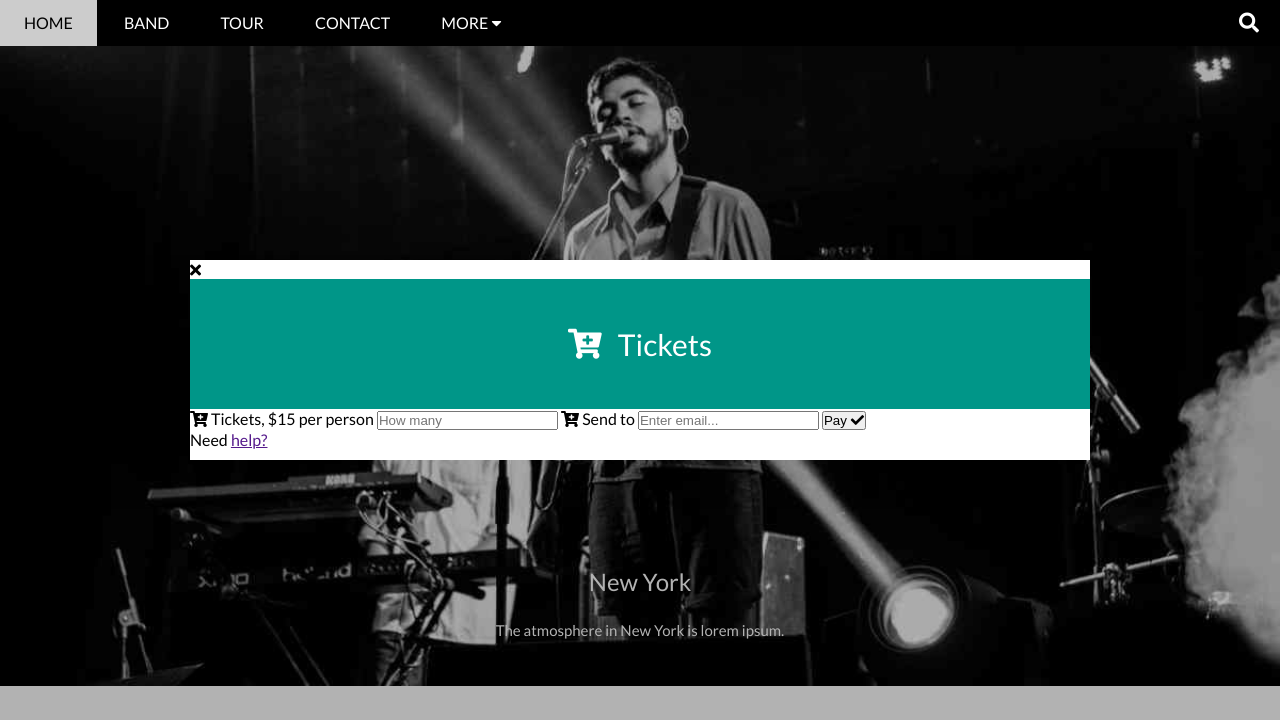
Repository: phunobi1807/theband
Page: index.html
These files come from the project's save history. The page is drawn as it stood at one moment and after the next save; the edit follows.
The browser window is 1280 px wide. The pictures show the window.
A layer covers the whole window, so only the first screen is drawn.

Above is the page before, as saved 2021-07-16 19:52:58.

### index.html
<!DOCTYPE html>
<html lang="en">

<head>
    <meta charset="UTF-8">
    <meta http-equiv="X-UA-Compatible" content="IE=edge">
    <meta name="viewport" content="width=device-width, initial-scale=1.0">
    <title>Document</title>
    <link rel="icon" href="favicon.ico" type="/assets/img/bandmember.jpg" />
    <link rel="stylesheet" href="./assets/css/style.css">
    <link rel="stylesheet" href="https://use.fontawesome.com/releases/v5.15.3/css/all.css"
        integrity="sha384-SZXxX4whJ79/gErwcOYf+zWLeJdY/qpuqC4cAa9rOGUstPomtqpuNWT9wdPEn2fk" crossorigin="anonymous">
</head>

<body>
    <div id="main">
        <div id="header">
            <!-- Begin: Nav  -->
            <ul id="nav">
                <li><a href="">Home</a></li>
                <li><a href="">Band</a></li>
                <li><a href="">Tour</a></li>
                <li><a href="">Contact</a></li>
                <li>
                    <a href="">
                        More
                        <i class="fa fa-caret-down"></i>

                    </a>
                    <ul class="subnav">
                        <li><a href="">Merchandise</a></li>
                        <li><a href="">Extras</a></li>
                        <li><a href="">Media</a></li>
                    </ul>
                </li>
            </ul>
            <!-- END: Nav  -->


            <!-- Begin: Search  -->
            <div class="search-btn">
                <i class="search-icon fas fa-search"></i>
            </div>
            <!-- END: Search  -->
        </div>

        <div id="slider">
            <div class="text-content">
                <h2 class="text-heading">
                    New York
                </h2>
                <div class="text-description">
                    The atmosphere in New York is lorem ipsum.
                </div>
            </div>
        </div>

        <div id="content">

            <!-- About Section  -->
            <div class="content-section">
                <h2 class="section-heading">
                    THE BAND
                </h2>
                <p class="section-sub-heading">
                    We love music
                </p>
                <p class="about-text">
                    We have created a fictional band website. Lorem ipsum dolor sit amet, consectetur adipiscing elit,
                    sed do eiusmod tempor incididunt ut labore et dolore magna aliqua. Ut enim ad minim veniam, quis
                    nostrud exercitation ullamco laboris nisi ut aliquip
                    ex ea commodo consequat. Duis aute irure dolor in reprehenderit in voluptate velit esse cillum
                    dolore eu fugiat nulla pariatur. Excepteur sint occaecat cupidatat non proident, sunt in culpa qui
                    officia deserunt mollit anim id est laborum consectetur
                    adipiscing elit, sed do eiusmod tempor incididunt ut labore et dolore magna aliqua. Ut enim ad minim
                    veniam, quis nostrud exercitation ullamco laboris nisi ut aliquip ex ea commodo consequat.
                </p>
                <div class="members-list">
                    <div class="member-item">
                        <p class="member-name">
                            Name
                        </p>
                        <img src="./assets/img/bandmember.jpg" alt="Name" class="member-img">
                    </div>
                    <div class="member-item">
                        <p class="member-name">
                            Name
                        </p>
                        <img src="./assets/img/bandmember.jpg" alt="Name" class="member-img">
                    </div>
                    <div class="member-item">
                        <p class="member-name">
                            Name
                        </p>
                        <img src="./assets/img/bandmember.jpg" alt="Name" class="member-img">
                    </div>
                </div>
                <div class="clear"></div>
            </div>

            <!-- Tour Section  -->
            <div class="tour-section">
                <div class="content-section">
                    <h2 class="section-heading text-white">
                        TOUR DATES
                    </h2>
                    <p class="section-sub-heading text-white">
                        Remember to book your tickets!
                    </p>
                    <ul class="tickets-list">
                        <li>September <span class="sold-out">Sold out</span></li>
                        <li>October <span class="sold-out">Sold out</span></li>
                        <li>November <span class="quantity">3</span></li>
                    </ul>
                    <!-- Places  -->
                    <div class="places-list">
                        <div class="place-item">
                            <img src="./assets/img/place1.jpg" alt="New York" class="place-img">
                            <div class="place-body">
                                <h3 class="place-heading">
                                    New York
                                </h3>
                                <p class="place-time">
                                    Fri 27 Nov 2016
                                </p>
                                <p class="place-description">
                                    Praesent tincidunt sed tellus ut rutrum sed vitae justo.
                                </p>
                                <a href="#" class="place-buy-btn" onclick="myFunction()">Buy Tickets</a>
                            </div>
                        </div>
                        <div class="place-item">
                            <img src="./assets/img/place2.jpg" alt="New York" class="place-img">
                            <div class="place-body">
                                <h3 class="place-heading">
                                   Paris
                                </h3>
                                <p class="place-time">
                                    Fri 28 Nov 2016
                                </p>
                                <p class="place-description">
                                    Praesent tincidunt sed tellus ut rutrum sed vitae justo.
                                </p>
                                <a href="#" class="place-buy-btn" onclick="myFunction()">Buy Tickets</a>
                            </div>
                        </div>
                        <div class="place-item">
                            <img src="./assets/img/place3.jpg" alt="New York" class="place-img">
                            <div class="place-body">
                                <h3 class="place-heading">
                                    San Francisco
                                </h3>
                                <p class="place-time">
                                    Fri 29 Nov 2016
                                </p>
                                <p class="place-description">
                                    Praesent tincidunt sed tellus ut rutrum sed vitae justo.
                                </p>
                                <a href="#" class="place-buy-btn" onclick="myFunction()">Buy Tickets</a>
                            </div>
                        </div>
                        <div class="clear"></div>
                    </div>
                </div>
            </div>

            <!-- Contact Section  -->
            <div class="content-section">
                <h2 class="section-heading">
                    CONTACT
                </h2>
                <p class="section-sub-heading">
                    Fan? Drop a note!
                </p>
            </div>
        </div>


        <div id="footer">

        </div>
    </div>
    <div class="modal">
            <div class="modal-container">
                <div class="modal-close">
                    <i class="fas fa-times"></i>
                </div>
                <header class="modal-header">
                    <i class="modal-heading-icon fas fa-cart-plus"></i>
                    Tickets
                </header>
                <div class="modal-body">
                    <label for="" class="modal-label">
                        <i class="fas fa-cart-plus"></i>
                        Tickets, $15 per person
                    </label>
                    <input type="text" class="modal-input" placeholder="How many">

                    <label for="" class="modal-label">
                        <i class="fas fa-cart-plus"></i>
                        Send to
                    </label>
                    <input type="email" class="modal-input" placeholder="Enter email...">

                    <button id="buy-tickets">
                        Pay
                        <i class="fas fa-check"></i>
                    </button>
                </div>

                <footer class="modal-footer">
                    <p class="modal-help">
                        Need
                        <a href="">help?</a>
                    </p>
                </footer>
            </div>
    </div>

</body>

</html>

### assets/css/style.css
/* Reset CSS  */

@import url(https://fonts.googleapis.com/css2?family=Lato:wght@100;200;300;400;500;600;800;900&display=swap);
* {
    padding: 0;
    margin: 0;
    box-sizing: border-box;
}

html {
    scroll-behavior: smooth;
    font-family: 'Lato', sans-serif;
}

/*
1.Từ ngoài vào trong
2.Từ trên xuống dưới
3.Tổng quan đến chi tiết
 */

/* 1.Vị trí
    2.Kích thướt
    3.Màu sắc
    4.Kiểu dáng
 */

.clear {
    clear: both;
}

.text-white {
    color: #fff !important;
}

#header {
    height: 46px;
    background-color: #000;
    position: fixed;
    top: 0;
    left: 0;
    right: 0;
    z-index: 1;
}

#nav {
    display: inline-block;
}

#nav, .subnav {
    list-style-type: none;
}

#nav>li {
    display: inline-block;
}

#nav li {
    position: relative;
}

#nav>li:hover>a, #nav .subnav li:hover a {
    color: #000;
    background-color: #ccc;
}

#nav>li>a {
    color: #fff;
    text-transform: uppercase;
}

#nav li a {
    line-height: 46px;
    padding: 0px 24px;
    text-decoration: none;
    display: block;
}

#nav li:hover .subnav {
    display: block;
}

#nav .subnav {
    display: none;
    min-width: 160px;
    position: absolute;
    top: 100%;
    background-color: #fff;
    box-shadow: 0 0 10px rgba(0, 0, 0, 0.3);
}

#nav .subnav a {
    color: #000;
    padding: 0px 12px;
    line-height: 38px;
}

#header .search-btn {
    float: right;
    padding: 0px 21px;
}

#header .search-btn:hover {
    background-color: #f44336;
    cursor: pointer;
}

#header .search-icon {
    color: #fff;
    font-size: 20px;
    line-height: 46px;
}

#slider {
    position: relative;
    margin-top: 46px;
    padding-top: 50%;
    background: url('/assets/img/chicago.jpg') center / cover no-repeat;
}

#slider .text-content {
    position: absolute;
    bottom: 47px;
    color: #fff;
    text-align: center;
    width: 100%;
}

#slider .text-heading {
    font-weight: 500;
    font-size: 24px;
}

#slider .text-description {
    font-size: 15px;
    margin-top: 25px;
}

#content {}

#content .content-section {
    width: 800px;
    padding: 64px 0px;
    margin: auto;
}

#content .section-heading {
    font-size: 30px;
    text-align: center;
    font-weight: 500;
    letter-spacing: 4px;
}

#content .section-sub-heading {
    font-size: 15px;
    text-align: center;
    margin: 25px 0px;
    font-style: italic;
    opacity: 0.6;
}

#content .about-text {
    font-size: 15px;
    text-align: justify;
    line-height: 1.4;
}

#content .members-list {
    margin-top: 48px;
}

#content .member-item {
    float: left;
    width: 33.3333333%;
    text-align: center;
}

#content .member-name {
    font-size: 15px;
}

#content .member-img {
    margin-top: 15px;
    width: 154px;
    border-radius: 4px;
}

/* Tour section  */

.tour-section {
    background-color: #000;
}

.tickets-list {
    background-color: #fff;
    margin-top: 40px;
}

.tickets-list li {
    color: #757575;
    font-size: 15px;
    padding: 11px 16px;
    list-style-type: none;
    border-bottom: 1px solid #ddd;
}

.tickets-list .sold-out {
    background-color: #f44336;
    color: #fff;
    padding: 3px 4px;
    margin-left: 16px;
}

.tickets-list .quantity {
    float: right;
    width: 24px;
    height: 24px;
    background-color: #000;
    color: #fff;
    border-radius: 50%;
    text-align: center;
    line-height: 24px;
    margin-top: -2px;
}

/* Places  */

.places-list {
    margin: 32px -8px 0px;
    padding-bottom: 48px;
}

.place-item {
    float: left;
    width: 33.333333%;
    padding: 0px 8px;
}

.place-img {
    width: 100%;
    display: block;
}

.place-img:hover {
    opacity: 0.6;
}

.place-body {
    padding: 16px;
    font-size: 15px;
    background-color: #fff;
}

.place-heading {
    font-size: 15px;
    font-weight: 600;
}

.place-time {
    margin-top: 15px;
    color: #757575;
}

.place-description {
    margin-top: 15px;
    line-height: 1.4;
}

.place-buy-btn {
    color: #fff;
    background-color: #000;
    text-decoration: none;
    padding: 11px 16px;
    display: inline-block;
    margin-top: 15px;
}

.place-buy-btn:hover {
    color: #000;
    background-color: #ccc;
}


.modal {
    position: fixed;
    top: 0;
    right: 0;
    bottom: 0;
    left: 0;
    background-color: rgba(0, 0, 0, 0.3);
    display: flex;
    align-items: center;
    justify-content: center;
}

.modal-container {
    position: relative;
    background: #fff;
    width: 900px;
    min-height: 200px;
}

header.modal-header {
    background: #009688;
    height: 130px;
    display: flex;
    align-items: center;
    justify-content: center;
    font-size: 30px;
    color: #fff;
}

.modal-heading-icon
{
    margin-right: 16px;
}

After the next save:
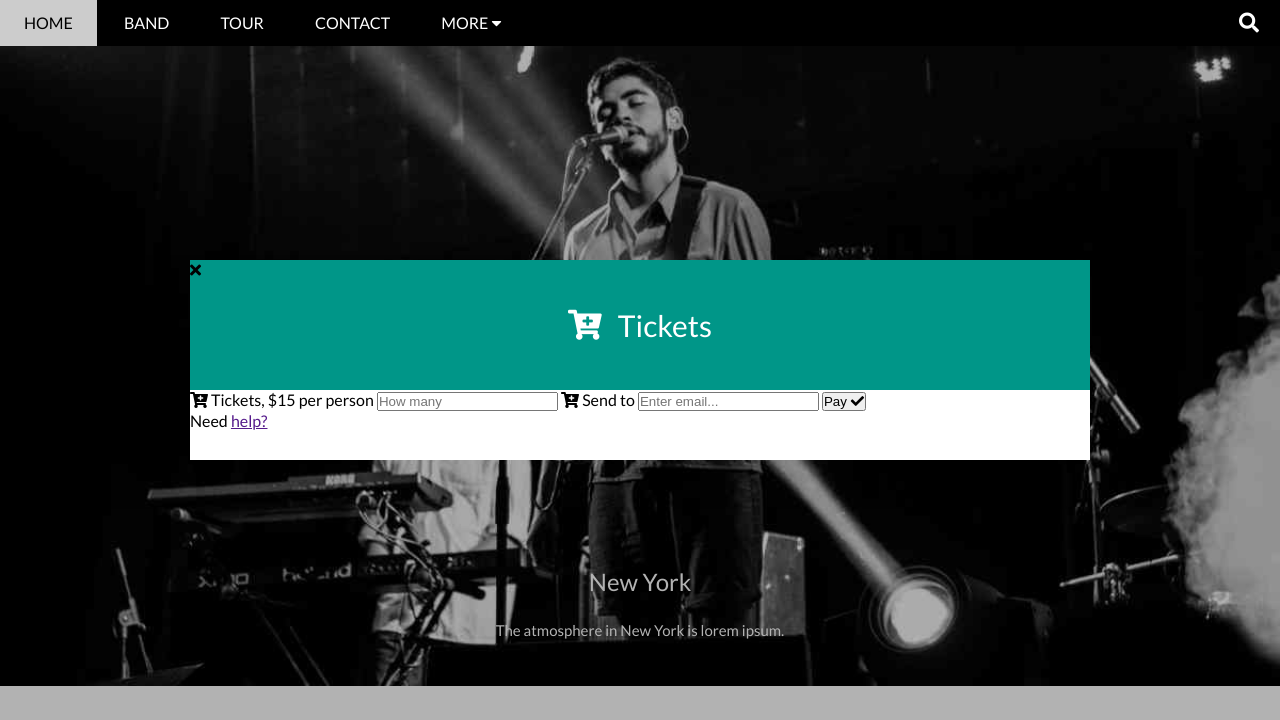
Saved 38 s later.
--- a/assets/css/style.css
+++ b/assets/css/style.css
@@ -278,7 +278,6 @@ html {
     color: #000;
     background-color: #ccc;
 }
-
 
 .modal {
     position: fixed;
@@ -299,7 +298,10 @@ html {
     min-height: 200px;
 }
 
-header.modal-header {
+.modal-close{
+    position: absolute;
+}
+ header.modal-header {
     background: #009688;
     height: 130px;
     display: flex;
@@ -309,7 +311,6 @@ header.modal-header {
     color: #fff;
 }
 
-.modal-heading-icon
-{
+.modal-heading-icon {
     margin-right: 16px;
 }
